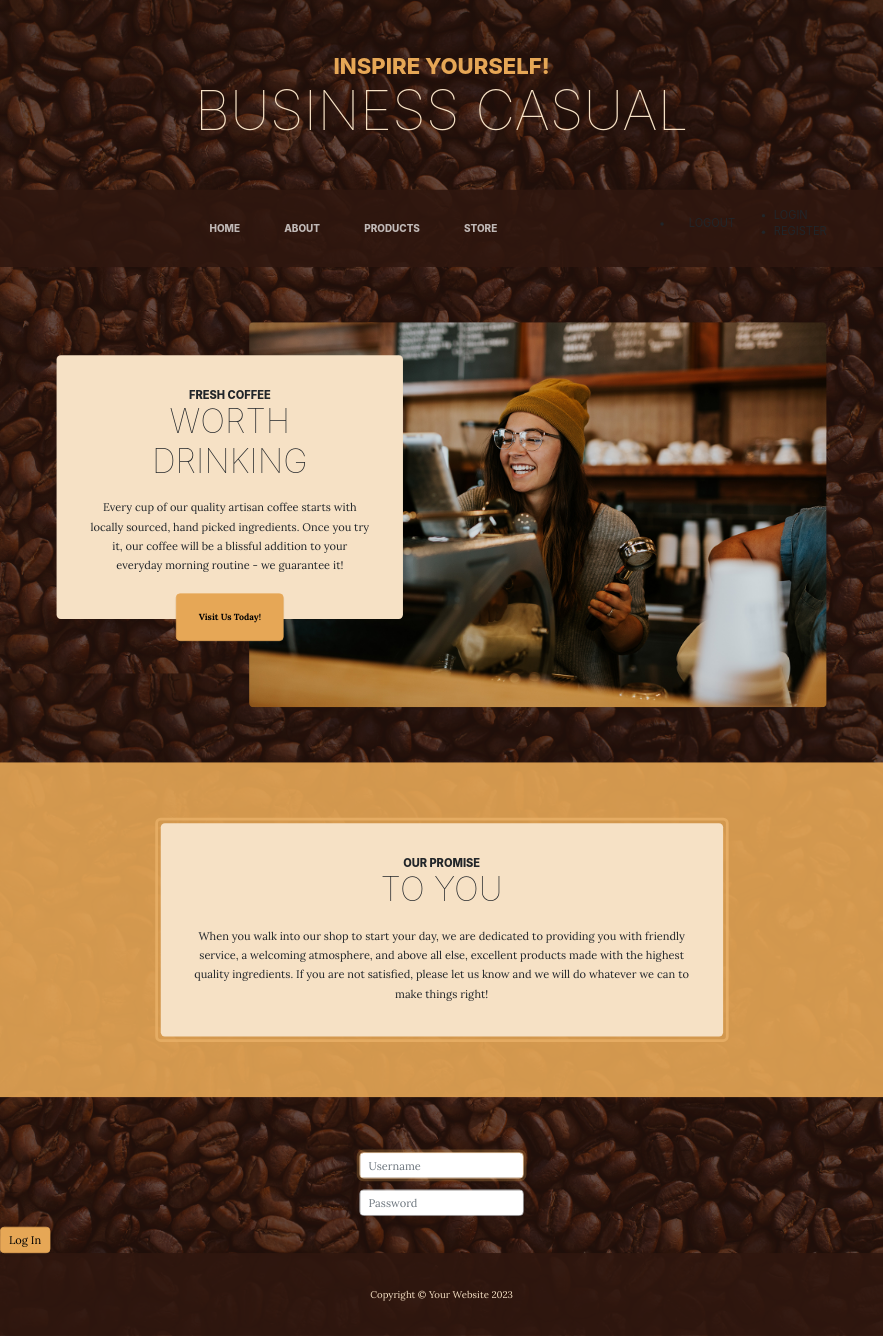
Repository: Onerafaz/CS50x
Page: http://localhost/login
The author's editor kept a copy of each file at every save. The page is drawn from the files as they stood at one save, then again after the next save.
The browser window is 1280 px wide. The pictures show the whole page, at 69% of full size.
Backgrounds fixed to the window are drawn as part of the page. Some web fonts or font styles are not loaded; a fallback is used. The page is served by the project's application, run on Flask 3 (project/business/app.py).

Above is the page before, as saved 2023-08-17 00:45:09.
Console error: TypeError: Cannot read properties of undefined (reading 'classList')

After the next save:
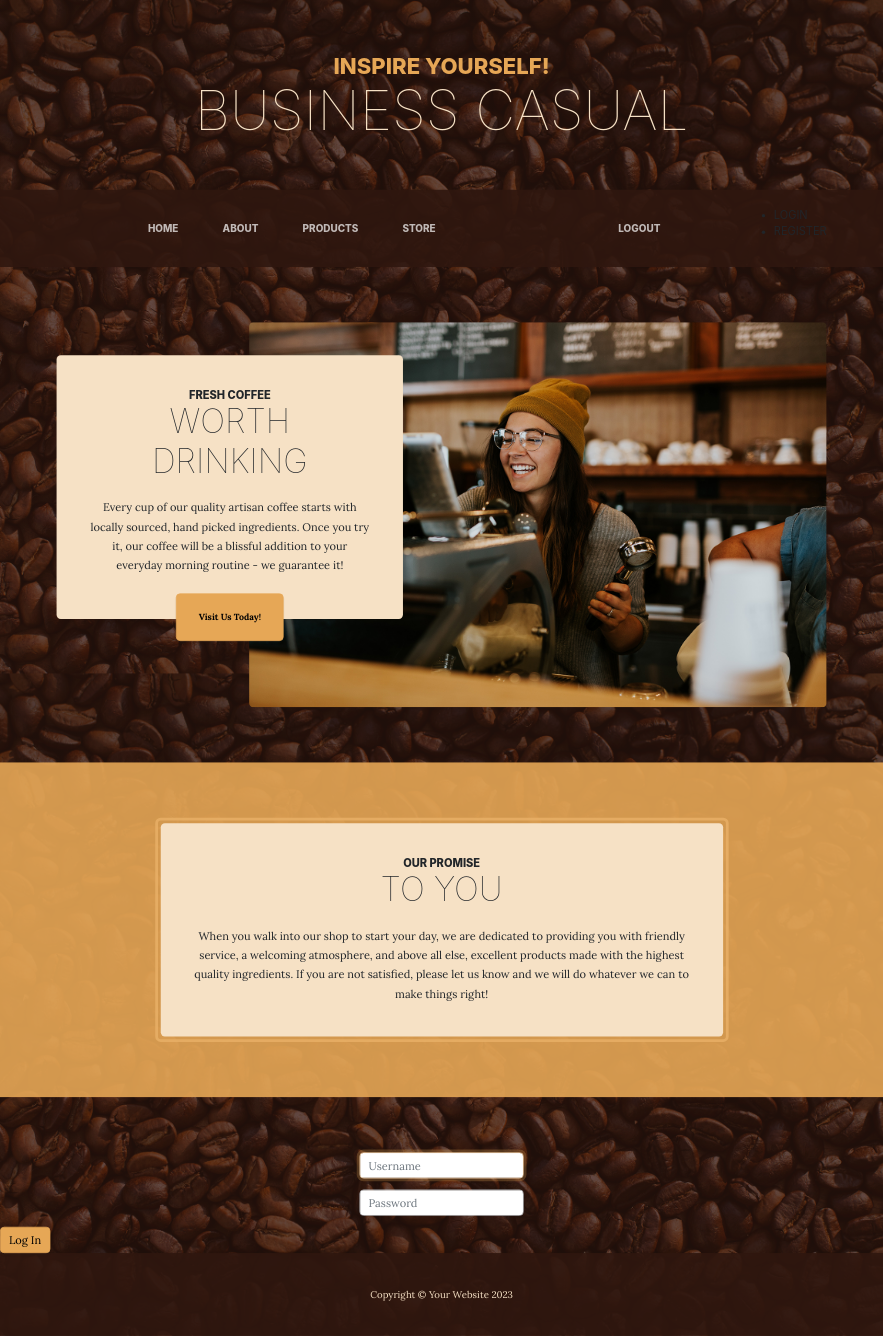
Saved 20 s later.
--- a/project/business/templates/layout.html
+++ b/project/business/templates/layout.html
@@ -33,7 +33,7 @@
                         <li class="nav-item px-lg-4"><a class="nav-link text-uppercase" href="products.html">Products</a></li>
                         <li class="nav-item px-lg-4"><a class="nav-link text-uppercase" href="store.html">Store</a></li>
                     </ul>
-                    <ul>
+                    <ul class="navbar-nav mx-auto">
                         <li class="nav-item px-lg-4"><a class="nav-link text-uppercase" href="logout.html">Logout</a></li>
                     </ul>
                     <ul>
